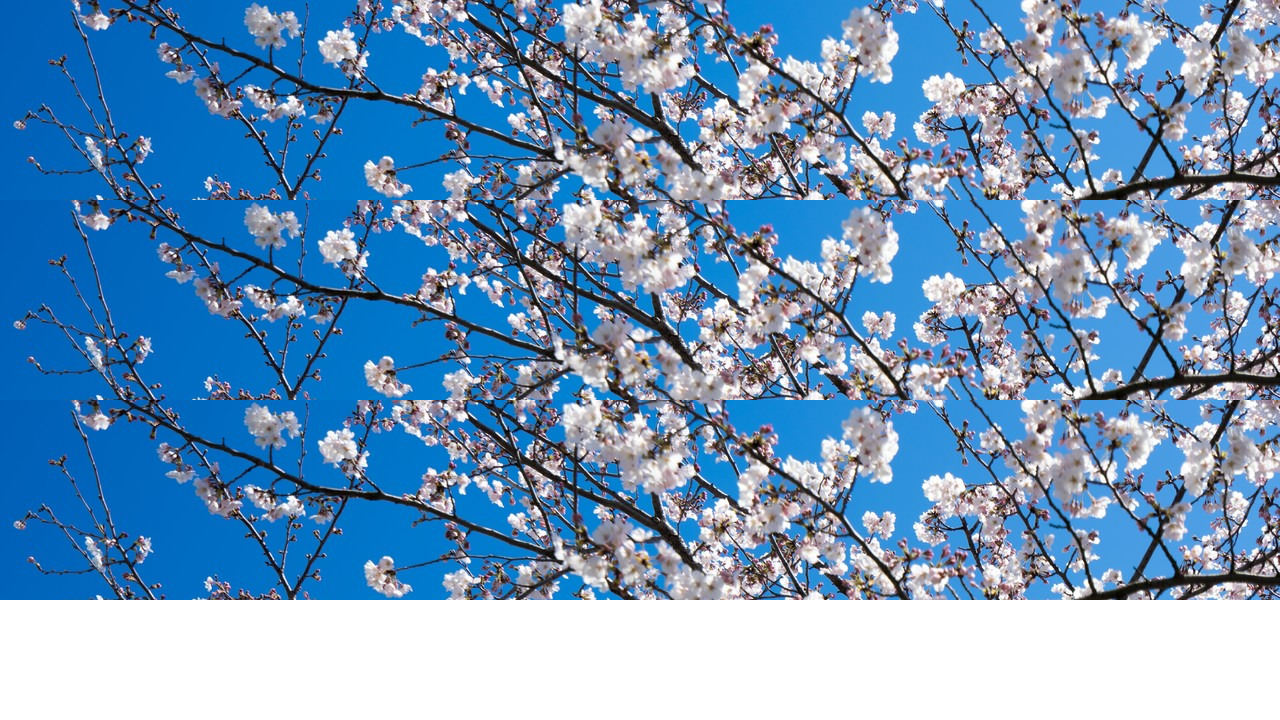
Repository: hayase-m/Webcamp
Page: chapter6/chapter6.html
The author's editor kept a record of every edit. The page is drawn from the files as they stood at one moment, then again after the next edit.
The browser window is 1280 px wide. The pictures show the whole page.

Above is the page before.

### chapter6/chapter6.html
<!DOCTYPE html>
<html lang="en">
<head>
  <meta charset="UTF-8">
  <link rel="stylesheet" href="style.css" type="text/css" />
  <title>Chapter6</title>
</head>
<body>
  <div class="image1"></div>
  <div class="image2"></div>
  <div class="image3"></div>
  <div class="image4"></div>
</body>
</html>

### chapter6/style.css
* {
  margin: 0;
  padding: 0;
  box-sizing: border-box;
}

.image1 {
  width: 100%;
  height: 200px;
  background-image: url(img/box1.jpg)
}

.image2 {
  width: 100%;
  height: 200px;
  background-image: url(img/box1.jpg)
}

.image3 {
  width: 100%;
  height: 200px;
  background-image: url(img/box1.jpg)
}

.image1 {
  width: 100%;
  height: 200px;
  background-image: url(img/box1.jpg)
}

After the next edit:
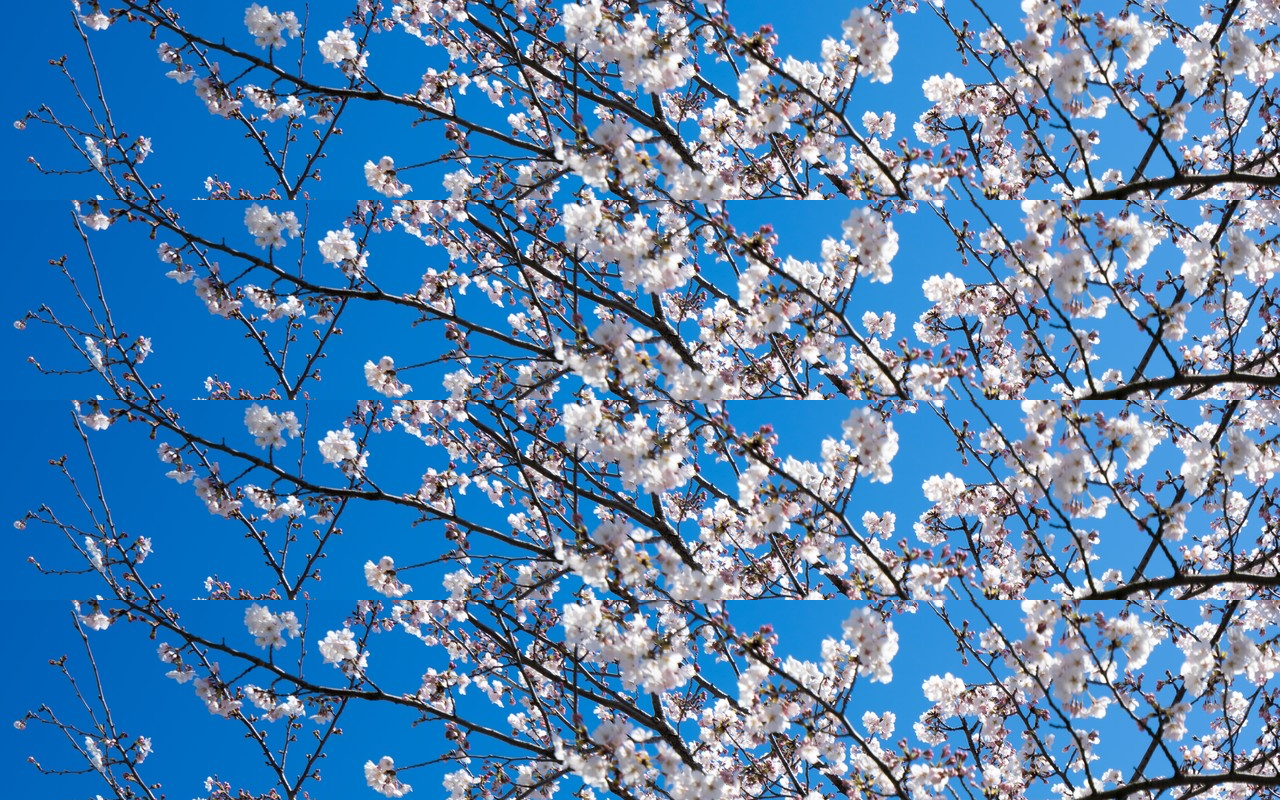
The edit:
--- a/chapter6/style.css
+++ b/chapter6/style.css
@@ -22,7 +22,7 @@
   background-image: url(img/box1.jpg)
 }
 
-.image1 {
+.image4 {
   width: 100%;
   height: 200px;
   background-image: url(img/box1.jpg)
